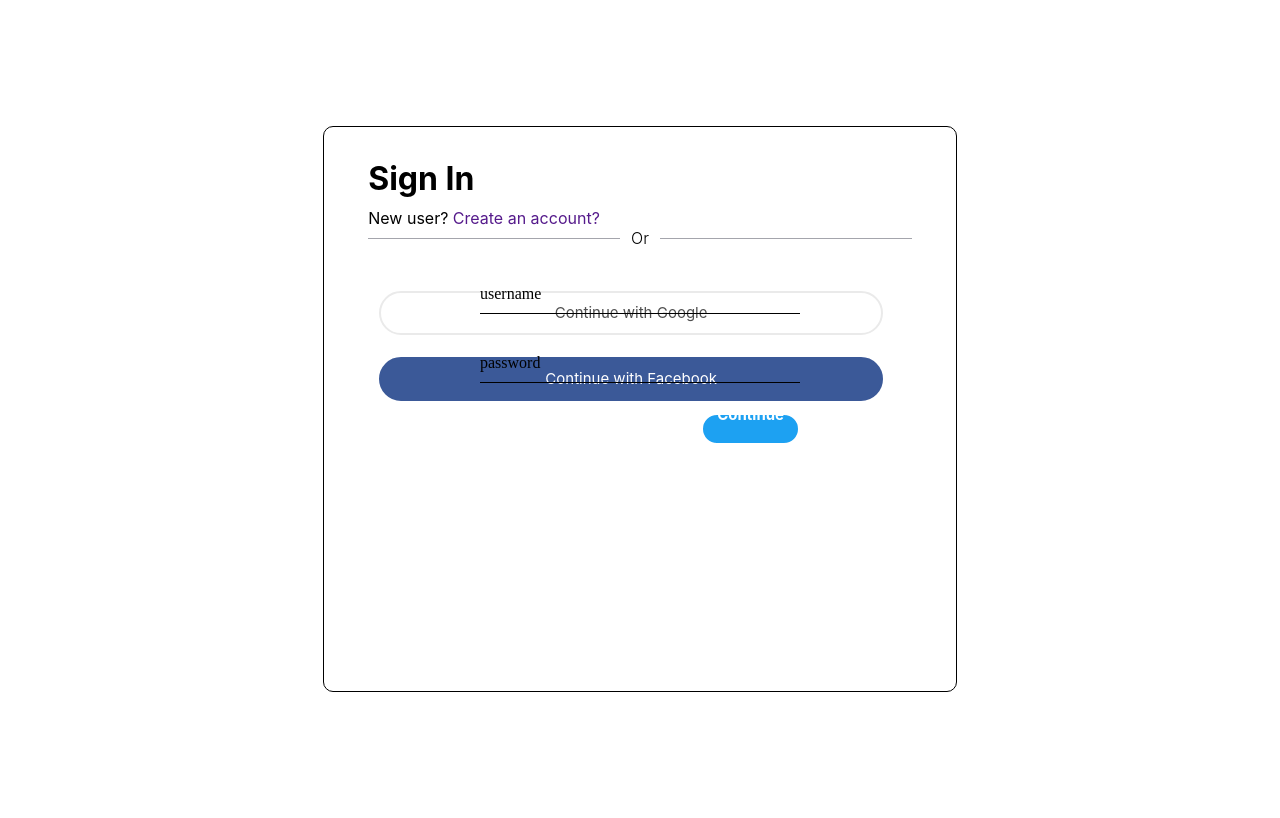
Repository: thangluu93/WereWolf
Page: Template/signIn.html
These files come from the project's save history. The page is drawn as it stood at one moment and after the next save; the edit follows.
The browser window is 1280 px wide. The pictures show the whole page.

Above is the page before, as saved 2020-01-13 17:09:46.

After the next save:
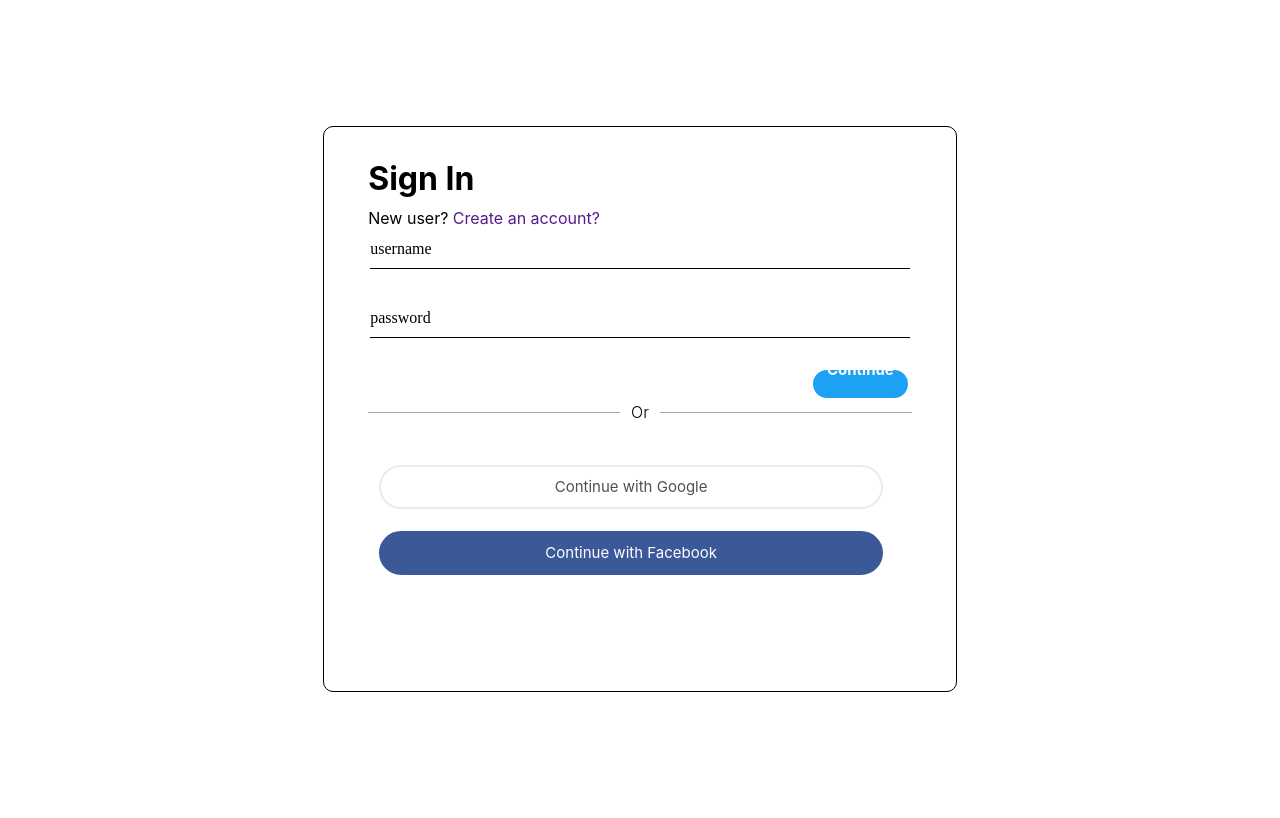
Saved 2 min 28 s later.
--- a/Stylesheet/signInStyle.css
+++ b/Stylesheet/signInStyle.css
@@ -190,12 +190,12 @@ a{
 }
 
 .box {
-    position: absolute;
-    top: 50%;
-    left: 50%;
-    transform: translate(-50%, -50%);
-    width: 400px;
-    padding: 40px;
+    position: flex;
+    flex-direction: column;
+    justify-content: center;
+
+    width: 100%;
+    padding: 2px;
 
     box-sizing: border-box;
 
